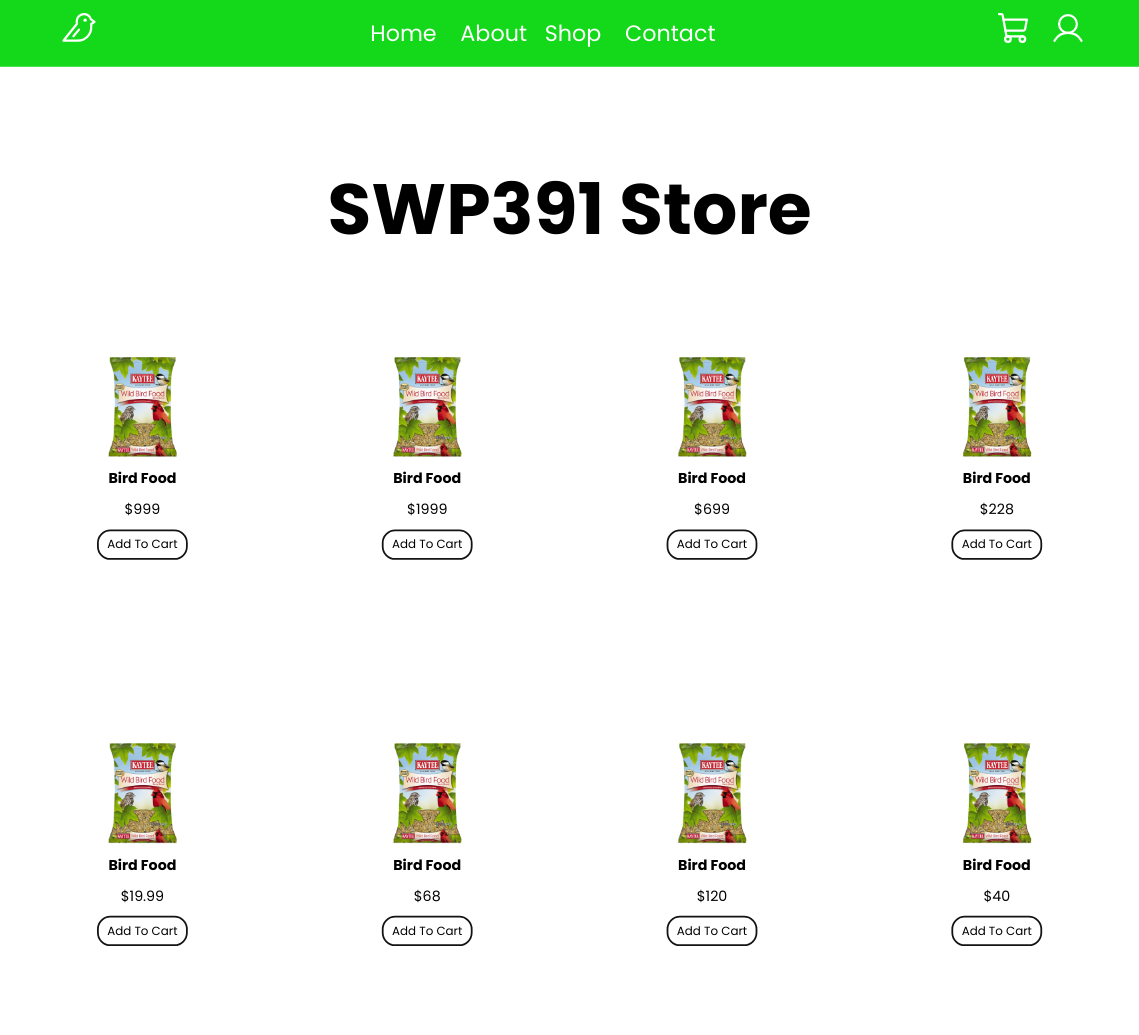
Repository: Vuhainam64/SWP391
Page: / (app in React/swp391-app/)
The author's editor kept a copy of each file at every save. The page is drawn from the files as they stood at one save, then again after the next save.
The browser window is 1280 px wide. The pictures show the whole page, at 89% of full size.
The project was rebuilt for these pictures with package versions that can differ from the ones it lists, and the page was loaded fresh each time. Also part of the build but not shown: React/swp391-app/src/pages/register/register.jsx, React/swp391-app/src/pages/home/home.jsx, React/swp391-app/src/pages/about/about.jsx, React/swp391-app/src/pages/contact/contact.css, React/swp391-app/src/pages/contact/contact.jsx, React/swp391-app/src/pages/cart/cart-item.jsx, React/swp391-app/src/pages/cart/cart.css, React/swp391-app/src/pages/cart/cart.jsx.

Above is the page before, as saved 2023-06-01 10:45:19.

### React/swp391-app/src/App.js
import './App.css';
import { BrowserRouter as Router, Routes, Route } from "react-router-dom";
import { Navbar } from "./components/navbar";
import { Register } from "./pages/register/register";
import { Home } from "./pages/home/home";
import { About } from "./pages/about/about";
import { Shop } from "./pages/shop/shop";
import { Contact } from "./pages/contact/contact";
import { Cart } from "./pages/cart/cart";
import { ShopContextProvider } from './context/shop-context';


function App() {
  return (
    <div className = "App">
      <ShopContextProvider>
        <Router>
          <Navbar />
          <Routes>
            <Route path = "/register" element = {<Register />} />
            <Route path = "/home" element={<Home/>} />
            <Route path = "/about" element={<About/>} />
            <Route path = "/" element = {<Shop />} />
            <Route path = "/contact" element = {<Contact />} />
            <Route path = "/cart" element = {<Cart />} />
          </Routes>
        </Router>
      </ShopContextProvider>
    </div>
  );
}

export default App;

### React/swp391-app/src/App.css
.App {
  width: 100%;
  height: auto;
  min-height: 100vh;
  font-family: 'Segoe UI', Tahoma, Geneva, Verdana, sans-serif;
}

body {
  padding: 0;
  margin: 0;
}

### React/swp391-app/src/components/navbar.jsx
import React from "react";
import { Link } from "react-router-dom";
import { ShoppingCart, Bird, User } from "phosphor-react";
import "./navbar.css";

export const Navbar = () => {
  return (
    <div className="navbar">
      <div className="links">
        <div className="icon">
          <Link to="/home">
            <Bird size={40} />
          </Link>
        </div>
        <div className="middle">
          <Link to="/home"> Home </Link>
          <Link to="/about">About</Link>
          <Link to="/">Shop</Link>
          <Link to="/contact"> Contact</Link>
        </div>
        <div className="end">
          <Link to="/cart">
            <ShoppingCart size={40} />
          </Link>
            <Link to="/register">
                <User size={40}/>
            </Link>
        </div>
      </div>
    </div>
  );
};

### React/swp391-app/src/pages/shop/shop.jsx
import React from "react";
import { PRODUCTS } from "../../products";
import { Product } from "./product";
import "./shop.css";

export const Shop = () => {
    return (
        <div className = "shop">
            <div className = "shopTitle">
                <h1>SWP391 Store</h1>
            </div>

            <div className = "products">
                {PRODUCTS.map((product) => (
                    <Product data = {product} />
                ))}
            </div>
        </div>
    );
};

### React/swp391-app/src/context/shop-context.jsx
import { createContext, useEffect, useState } from "react";
import { PRODUCTS } from "../products";

export const ShopContext = createContext(null);

const getDefaultCart = () => {
    let cart = {};
    for (let i = 1; i < PRODUCTS.length + 1; i++) {
        cart[i] = 0;
    }
    return cart;
}

export const ShopContextProvider = (props) => {
    const [cartItems, setCartItems] = useState(getDefaultCart());

    const getTotalCartAmount = () => {
        let totalAmount = 0;
        for (const item in cartItems) {
            if (cartItems[item] > 0) {
                let itemInfo = PRODUCTS.find((product) => product.id === Number(item));
                totalAmount += cartItems[item] *itemInfo.price;
            }
        }
        return totalAmount;
    };

    const addToCart = (itemId) => {
        setCartItems((prev) => ({ ...prev, [itemId]: prev[itemId] + 1}));
    };

    const removeFromCart = (itemId) => {
        setCartItems((prev) => ({ ...prev, [itemId]: prev[itemId] - 1}));
    };

    const updateCartItemCount = (newAmount, itemId) => {
        setCartItems((prev) => ({ ...prev, [itemId]: newAmount }));
    };

    const checkout = () => {
        setCartItems(getDefaultCart());
    };

    const contextValue = {
        cartItems,
        addToCart,
        updateCartItemCount,
        removeFromCart,
        getTotalCartAmount,
        checkout,
    };

    return (
        <ShopContext.Provider value={contextValue}>
            {props.children}
        </ShopContext.Provider>
    );
};

### React/swp391-app/src/components/navbar.css
.navbar {
    width: 100%;
    height: 75px;
    background-color: rgb(20, 217, 27);
    display: flex;
    justify-content: center;
    align-items: center;
}

.links {
    margin-right: 50px;
    display: flex;
    align-items: center;
    justify-content: space-between;
    width: 100%;
}

.icon {
    margin-left: 50px;
}

.end {
    padding: 0 10px;
}

.links a {
    text-decoration: none;
    color: white;
    margin-left: 20px;
    font-size: 25px;
}

### React/swp391-app/src/pages/register/register.css
/* Import Google font - Poppins */
@import url('https://fonts.googleapis.com/css2?family=Poppins:wght@200;300;400;500;600;700&display=swap');

*{
  margin: 0;
  padding: 0;
  box-sizing: border-box;
  font-family: 'Poppins', sans-serif;
}

.images{
  position: absolute;
  width: 100%;
  height: 100%;
  background-image: linear-gradient(rgba(0,0,0,0.4),rgba(0,0,0,0.4)),url(../../assets/products/7200317.jpg);
  background-position: center;
  background-size: cover;
}

.images img {
  width: 100%;
  height: 926px;
}

.container{
  position: relative;
  top: 50%;
  left: 50%;
  transform: translate(-50%,-50%);
  max-width: 480px;
  width: 100%;
  background: #fff;
  border-radius: 7px;
  box-shadow: 0 5px 10px rgba(0,0,0,0.3);
}

.container .registration{
  display: none;
}

#check:checked ~ .registration{
  display: block;
}

#check:checked ~ .login{
  display: none;
}

#check{
  display: none;
}

.container .form{
  padding: 2rem;
}

.form header{
  font-size: 2rem;
  font-weight: 500;
  text-align: center;
  margin-bottom: 1.5rem;
}

 .form input{
   height: 60px;
   width: 92%;
   padding: 0 14px;
   font-size: 17px;
   margin-top: 15px;
   margin-bottom: 1.3rem;
   border: 1px solid #ddd;
   border-radius: 6px;
   outline: none;
 }

 .form input:focus{
   box-shadow: 0 1px 0 rgba(0,0,0,0.2);
 }

.form a{
  font-size: 16px;
  color: #009579;
  text-decoration: none;
}

.form a:hover{
  text-decoration: underline;
}

.form input.button{
  color: #fff;
  background: #009579;
  font-size: 1.2rem;
  font-weight: 500;
  letter-spacing: 1px;
  margin-top: 1.7rem;
  cursor: pointer;
  transition: 0.4s;
  width: 100%;
}

.form input.button:hover{
  background: #006653;
}

.signup{
  font-size: 17px;
  text-align: center;
}

.signup label{
  color: #009579;
  cursor: pointer;
}

.signup label:hover{
  text-decoration: underline;
}

.icon-login {
  margin-right: 5px;
}

### React/swp391-app/src/products.js
import product1 from "./assets/products/1.png";
import product2 from "./assets/products/1.png";
import product3 from "./assets/products/1.png";
import product4 from "./assets/products/1.png";
import product5 from "./assets/products/1.png";
import product6 from "./assets/products/1.png";
import product7 from "./assets/products/1.png";
import product8 from "./assets/products/1.png";

export const PRODUCTS = [
  {
    id: 1,
    productName: "Bird Food",
    price: 999.0,
    productImage: product1,
  },
  {
    id: 2,
    productName: "Bird Food",
    price: 1999.0,
    productImage: product2,
  },
  {
    id: 3,
    productName: "Bird Food",
    price: 699.0,
    productImage: product3,
  },
  {
    id: 4,
    productName: "Bird Food",
    price: 228.0,
    productImage: product4,
  },
  {
    id: 5,
    productName: "Bird Food",
    price: 19.99,
    productImage: product5,
  },
  {
    id: 6,
    productName: "Bird Food",
    price: 68.0,
    productImage: product6,
  },
  {
    id: 7,
    productName: "Bird Food",
    price: 120.0,
    productImage: product7,
  },
  {
    id: 8,
    productName: "Bird Food",
    price: 40.0,
    productImage: product8,
  },
];

### React/swp391-app/src/pages/shop/product.jsx
import React, {useContext} from "react";
import { ShopContext } from "../../context/shop-context";

export const Product = (props) => {
    const { id, productName, price, productImage } = props.data;
    const { addToCart, cartItems } = useContext(ShopContext);

    const cartItemCount = cartItems[id];

    return (
        <div className = "product">
            <img src = {productImage} alt=""/>
            <div className = "description">
                <p>
                    <b>{productName}</b>
                </p>
                <p> ${price}</p>
            </div>
            <button className="addToCartBttn" onClick = {() => addToCart(id)}>
                Add To Cart {cartItemCount > 0 && <> ({cartItemCount}) </>}
            </button>
        </div>
    );
};

### React/swp391-app/src/pages/shop/shop.css
.shopTitle {
    margin-top: 100px;
    text-align: center;
    font-size: 40px;
}

.products {
    width: 100%;
    height: auto;
    display: grid;
    grid-template-columns: 1fr 1fr 1fr 1fr;
    place-items: center;

}

.product {
    border-radius: 15px;
    margin: 100px;
    display: flex;
    flex-direction: column;
    justify-content: center;
    align-items: center;
}

.product img {
    width: 100%;
    height: 100%;
}

.product .description {
    text-align: center;
}

.product:hover {
    transition: 0.3s ease-in;
    cursor: pointer;
}

.addToCartBttn {
    background-color: transparent;
    border: 2px solid rgb(19, 19, 19);
    min-width: 100px;
    padding: 5px 10px 5px 10px;
    border-radius: 15px;
}

.addToCartBttn:hover {
    background-color: rgb(19, 19, 19);
    color: white;
    cursor: pointer;
}

.description p,b{
    margin: 10px 0;
}

Loaded but not shown: React/swp391-app/public/index.html (common file); React/swp391-app/src/index.js (common file); React/swp391-app/src/index.css (common file); React/swp391-app/src/reportWebVitals.js (common file)

After the next save:
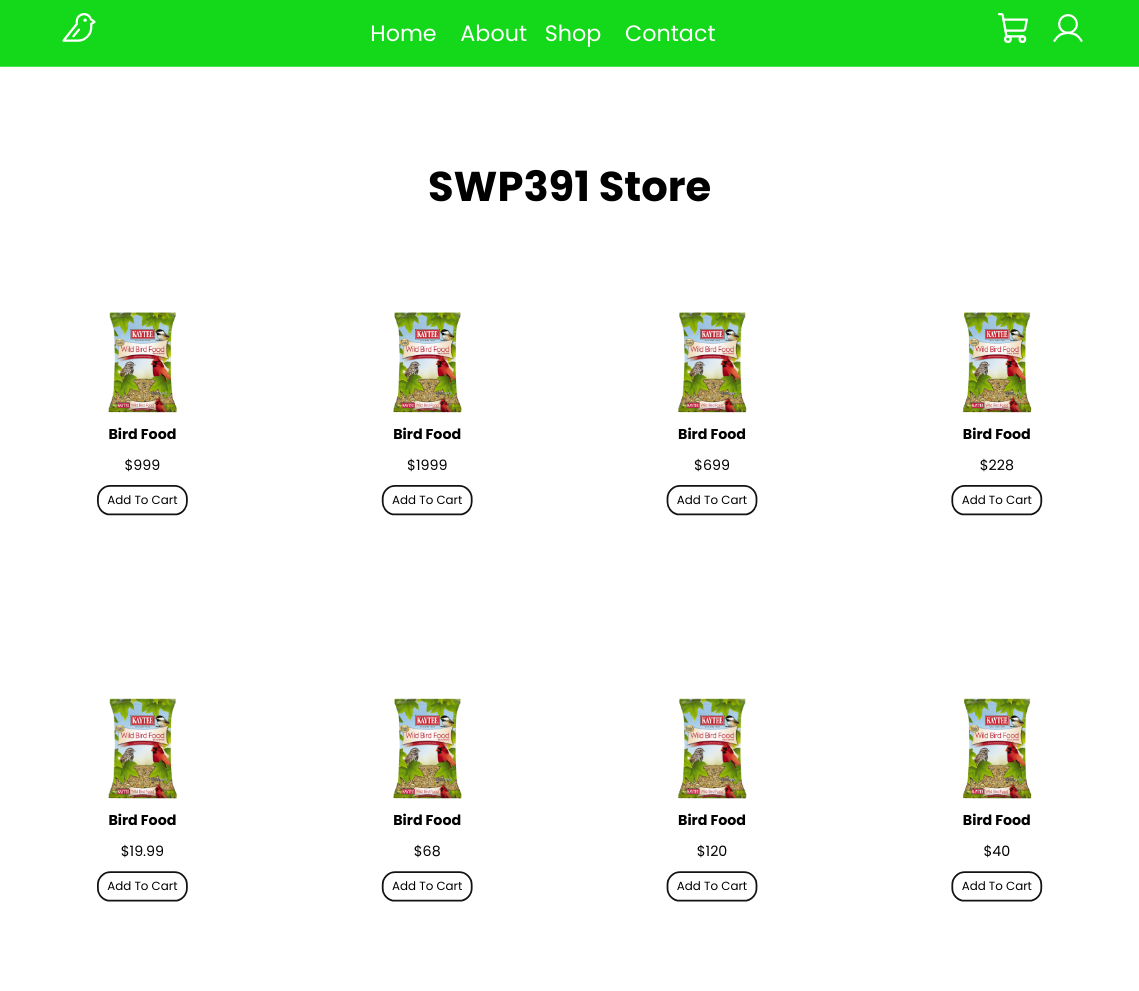
Saved 44 s later.
--- a/React/swp391-app/src/pages/shop/shop.jsx
+++ b/React/swp391-app/src/pages/shop/shop.jsx
@@ -7,7 +7,7 @@
     return (
         <div className = "shop">
             <div className = "shopTitle">
-                <h1>SWP391 Store</h1>
+                <h3>SWP391 Store</h3>
             </div>
 
             <div className = "products">
